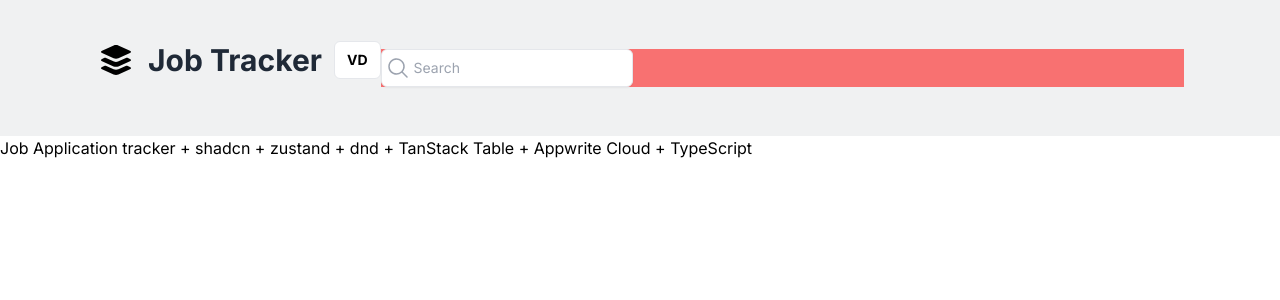
Repository: Vasil1001/job-applications-tracker-nextjs
Page: /
The author's editor kept a copy of each file at every save. The page is drawn from the files as they stood at one save, then again after the next save.
The browser window is 1280 px wide. The pictures show the whole page.
The project was rebuilt for these pictures with package versions that can differ from the ones it lists, and the page was loaded fresh each time. The framework's server and built-in components were replaced by stand-ins that run in the browser. Also part of the build but not shown: next.config.js.

Above is the page before, as saved 2023-06-24 17:20:44.

After the next save:
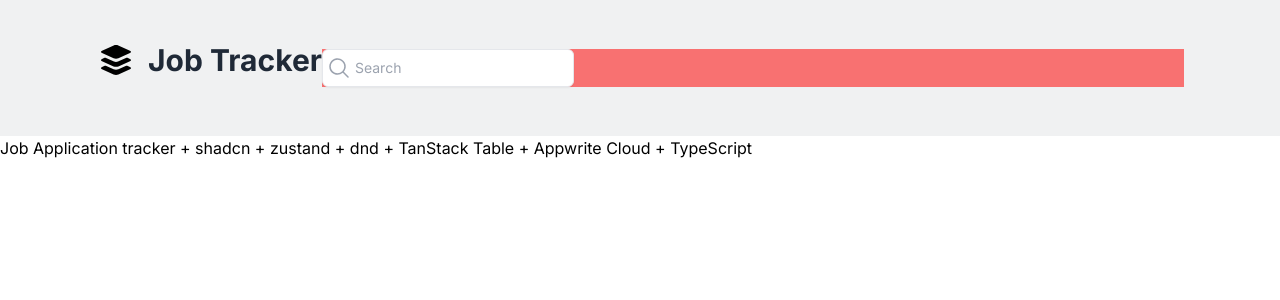
Saved 8 s later.
--- a/components/Header.tsx
+++ b/components/Header.tsx
@@ -28,9 +28,7 @@ export default function Header() {
         <div className="flex items-center font-bold text-3xl mb-4">
           <IoIosApps size={40} className="mr-3" />
           <span className="text-gray-800">Job Tracker</span>
-          <button className="ml-3 py-2 px-3 flex-initial text-black text-sm font-regular border focus-visible:outline-none focus-visible:ring-1 focus:ring-gray-400 bg-white border-gray-200 sm:text-sm rounded-md hover:border-gray-300 ">
-              VD
-            </button>
+
         </div>
 
         {/* Search input, button and profile */}
